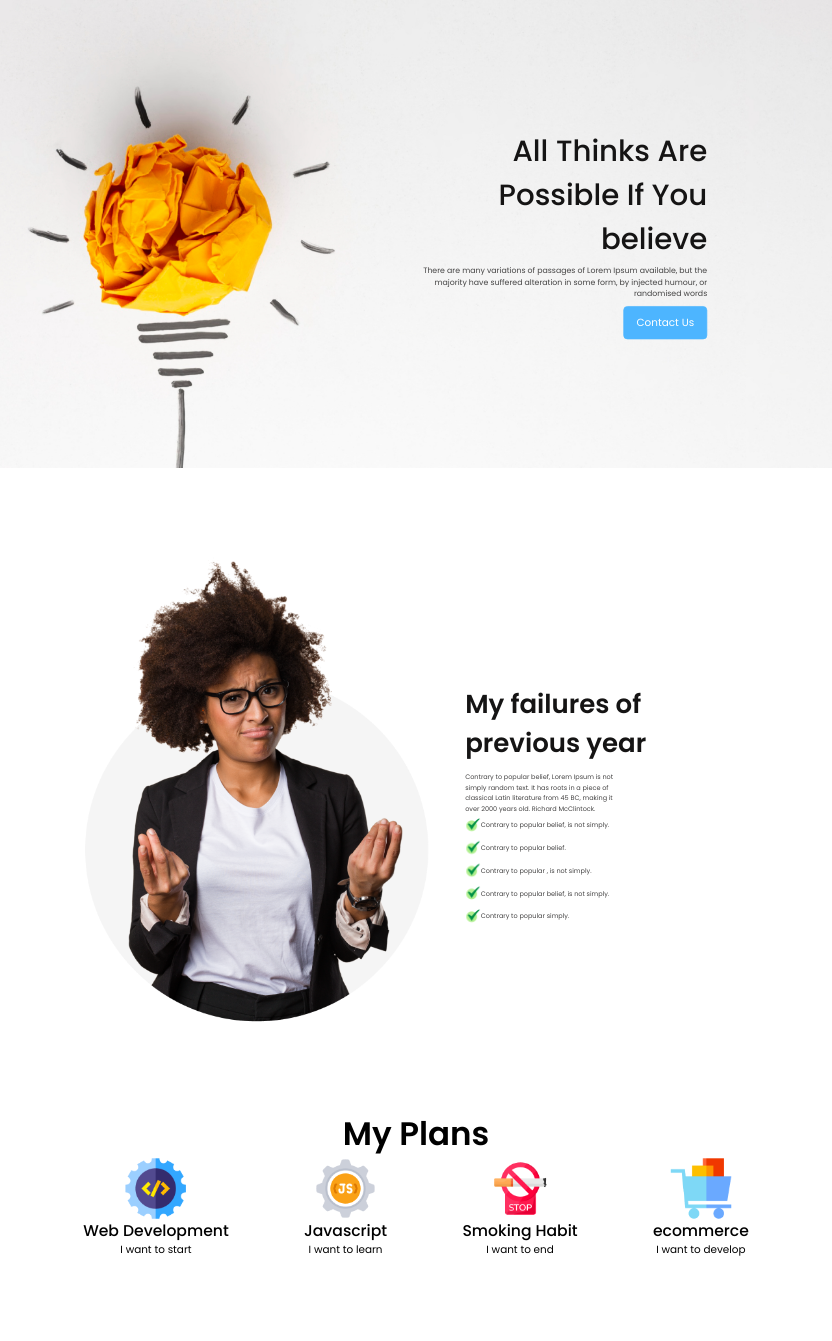
Repository: mdrubel02/new-year-new-mission
Page: index.html
These files come from the project's save history. The page is drawn as it stood at one moment and after the next save; the edit follows.
The browser window is 1280 px wide. The pictures show the whole page, at 65% of full size.

Above is the page before, as saved 2023-01-06 23:34:57.

### index.html
<!DOCTYPE html>
<html lang="en">

<head>
    <meta charset="UTF-8">
    <meta http-equiv="X-UA-Compatible" content="IE=edge">
    <meta name="viewport" content="width=device-width, initial-scale=1.0">
    <title>new-year-new-mission</title>
    <!-------- css link ---------->
    <link rel="stylesheet" href="/index.css">
</head>

<body>
    <header>
        <!--------- banner section --------->
        <section class="banner_section ">
            <div class="banner">
                <h1>All Thinks Are Possible If You believe</h1>
                <p>There are many variations of passages of Lorem Ipsum available, but the majority have suffered
                    alteration in some form, by injected humour, or randomised words</p>
                <a href="" class="btn btn-primary">Contact Us</a>
            </div>
        </section>
    </header>
    <!------------------ experience section---------------- -->
    <section class="container">
        <div class="experience_section">
            <div class="experience_left">
                <img src="./images/person.png" alt="">
            </div>
            <div class="experience_right">
                <h1>My failures of previous year</h1>
                <p>Contrary to popular belief, Lorem Ipsum is not simply random text. It has roots in a piece of
                    classical Latin literature from 45 BC, making it over 2000 years old. Richard McClintock.</p>
                <ul>
                    <li class="experience-item"><span><img src="/images/check-mark.png" alt=""></span>
                        <p>Contrary to popular belief, is not simply.</p>
                    </li>
                    <li class="experience-item"><span><img src="/images/check-mark.png" alt=""></span>
                        <p>Contrary to popular belief.</p>
                    </li>
                    <li class="experience-item"><span><img src="/images/check-mark.png" alt=""></span>
                        <p>Contrary to popular , is not simply.</p>
                    </li>
                    <li class="experience-item"><span><img src="/images/check-mark.png" alt=""></span>
                        <p>Contrary to popular belief, is not simply.</p>
                    </li>
                    <li class="experience-item"><span><img src="/images/check-mark.png" alt=""></span>
                        <p>Contrary to popular simply.</p>
                    </li>
                </ul>
            </div>
        </div>

    </section>
    <!---------------- my plans section-------------->
    <section class="container">
        <h1 class="title">My Plans</h1>
        <div class="my_plans_section">
            <div class="my_plans_items">
                <img src="/images/icons/web.png" alt="">
                <h2>Web Development</h2>
                <p>I want to start</p>
            </div>
            <div class="my_plans_items">
                <img src="/images/icons/js.png" alt="">
                <h2>Javascript</h2>
                <p>I want to learn</p>
            </div>
            <div class="my_plans_items">
                <img src="/images/icons/smoke.png" alt="">
                <h2>Smoking Habit</h2>
                <p>I want to end</p>
            </div>
            <div class="my_plans_items">
                <img src="/images/icons/ecom.png" alt="">
                <h2>ecommerce</h2>
                <p>I want to develop</p>
            </div>
        </div>

    </section>
</body>

</html>

### index.css
/* =====GOOGLE FONTS====== */
@import url('https://fonts.googleapis.com/css2?family=Poppins:wght@300;400;500;600&display=swap');

/* =====COMMON STYLES====== */
* {
    margin: 0;
    padding: 0;
    border: 0;
    outline: 0;
    list-style: none;
    text-decoration: none;
}

body {
    font-family: 'Poppins', sans-serif;
}

h1,h2,h3,h4,h5,h6 {
    font-weight: 500;
}

.container {
    max-width: 1200px;
    margin: 0 auto;
    margin-top: 10%;
    margin-bottom: 10%;
    padding: 0 30px;
    box-sizing: border-box;
}

a {
    color: #fff;
    transition: all 400ms ease;
}

a:hover {
    color: #fff;
}

.btn {
    text-align: center;
    width: max-content;
    display: inline-block;
    color: #fff;
    padding: 0.75rem 1.2rem;
    border-radius: 0.4rem;
    border: 1px solid #4db5ff;
    transition: all 400ms ease;
}

.btn:hover {
    background: #fff;
    color: #4db5ff;
    border: 1px solid #4db5ff;
}

.btn-primary {
    background: #4db5ff;
    color: #fff;
}

/* ========= Banner section ============== */
.banner_section{
    background-image: url(/images/banner/banner1.png);
    background-repeat: no-repeat;
    background-size: cover;
    background-position: center center;
    height: 100vh;
    width: 100%;
    position: relative;
    z-index: 1;
    display: flex;
    flex-direction: column;
    justify-content: center;
    align-items: flex-end;
    text-align: center;
}
.banner{
    width: 35%;
   margin-top: -0%;
   position: absolute;
   right: 15%;
   display: flex;
   flex-direction: column;
   justify-content: end;
   align-items: flex-end;
}
.banner h1{
    font-size: 45px;
    color: #151414;
    text-align: end;
}
.banner p{
    color: #444343;
    font-size: 12px;
    text-align: end;
    padding-top: 5px;
    padding-bottom: 10px;
}


/* =========== experience section ================== */
.experience_section{
    display: flex;
    justify-content: space-evenly;
    align-items: center;
}
.experience_right{
    width: 40%;
    margin-top: 5%;
}
.experience_right h1{
    font-weight: 700;
    font-size: 40px;
    padding-bottom: 10px;
    color: #151414;
}
.experience_right p{
    width: 50%;
    font-size: 10px;
    color: #444343;
    padding-top: 5px;
    padding-bottom: 5px;
}
.experience-item{
    display: flex;
    padding-bottom: 4px;
}
.experience-item span img{
    height: 24px;
    width: 24px;
}
/* ================= my plans section================ */
.title{
    text-align: center;
    font-size: 50px;
    font-weight: 700;

}
.my_plans_section{
    display: flex;
    justify-content: space-around;
    align-items: center;
}
.my_plans_items{
    display: flex;
    flex-direction: column;
    justify-content: center;
    align-items: center;
}

After the next save:
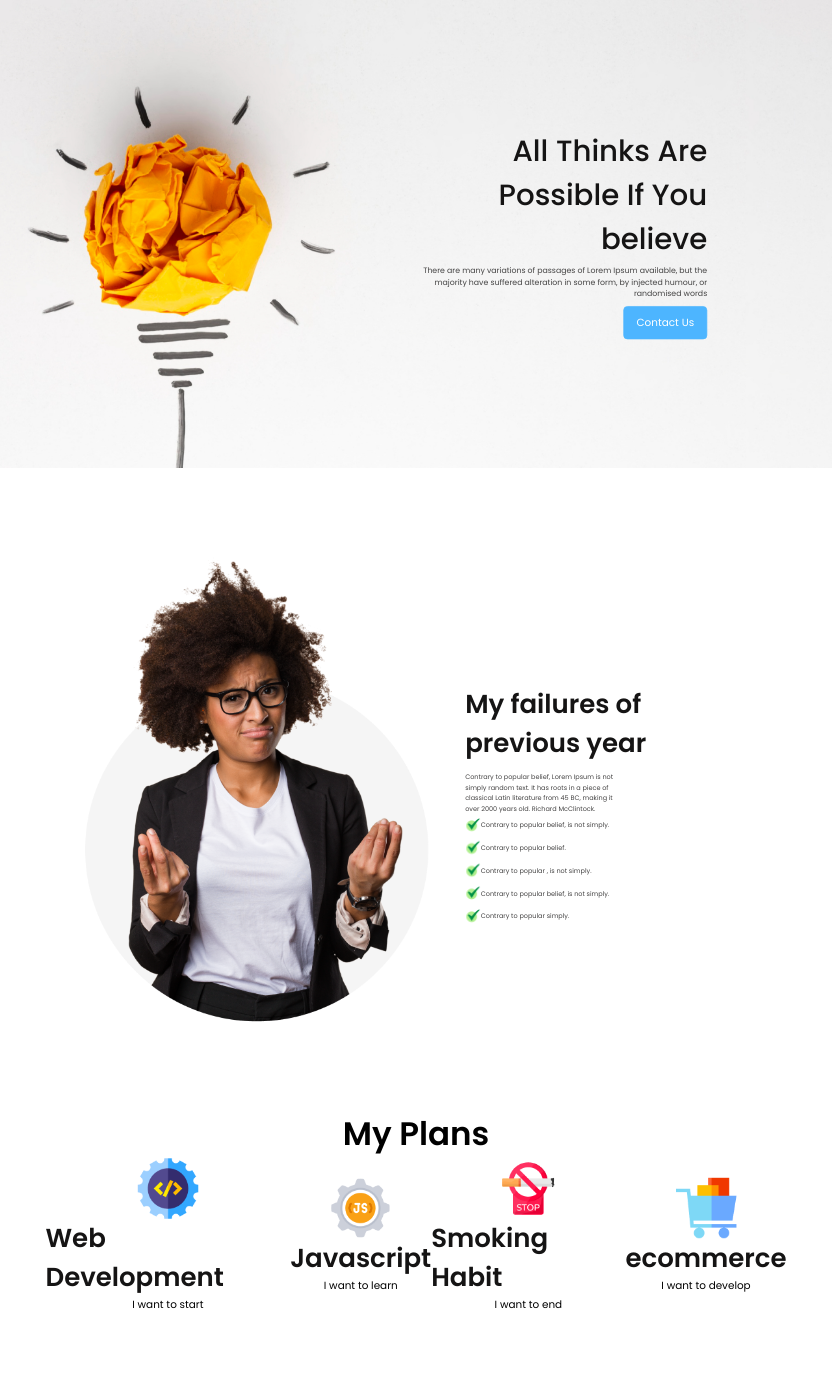
Saved 91 s later.
--- a/index.css
+++ b/index.css
@@ -148,3 +148,8 @@ a:hover {
     justify-content: center;
     align-items: center;
 }
+.my_plans_items h2{
+    font-size: 40px;
+    font-weight: 700;
+    color: #151414;
+}
